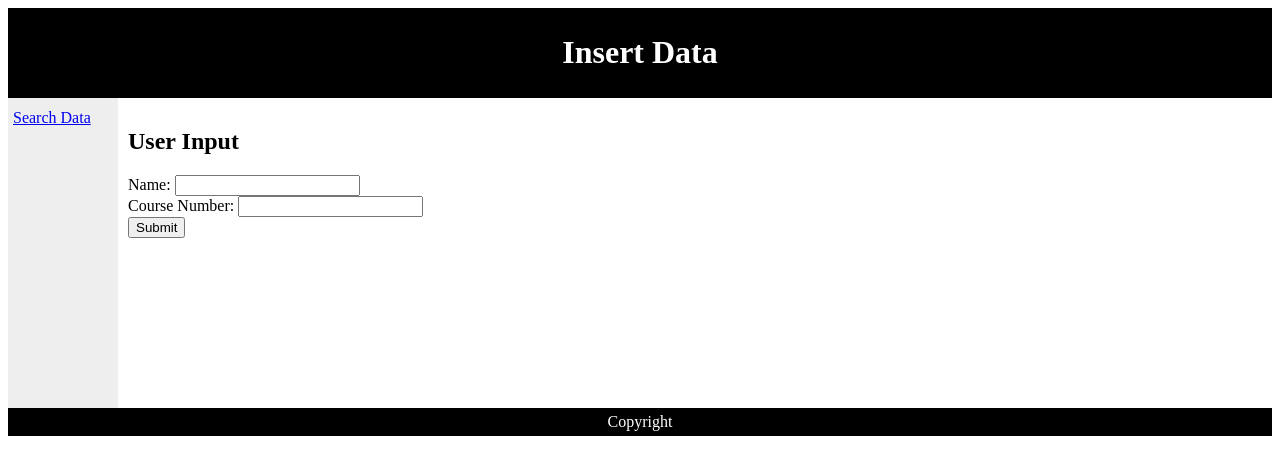
Repository: bpinkelman/Tech-Exercise
Page: planner-pinkelman/WebContent/AssignmentInsert.html
An editor plug-in stored every save of this project. The page is shown before and after the next save, followed by the edit.
The browser window is 1280 px wide. The pictures show the whole page.

Above is the page before, as saved 2020-02-27 23:02:41.

After the next save:
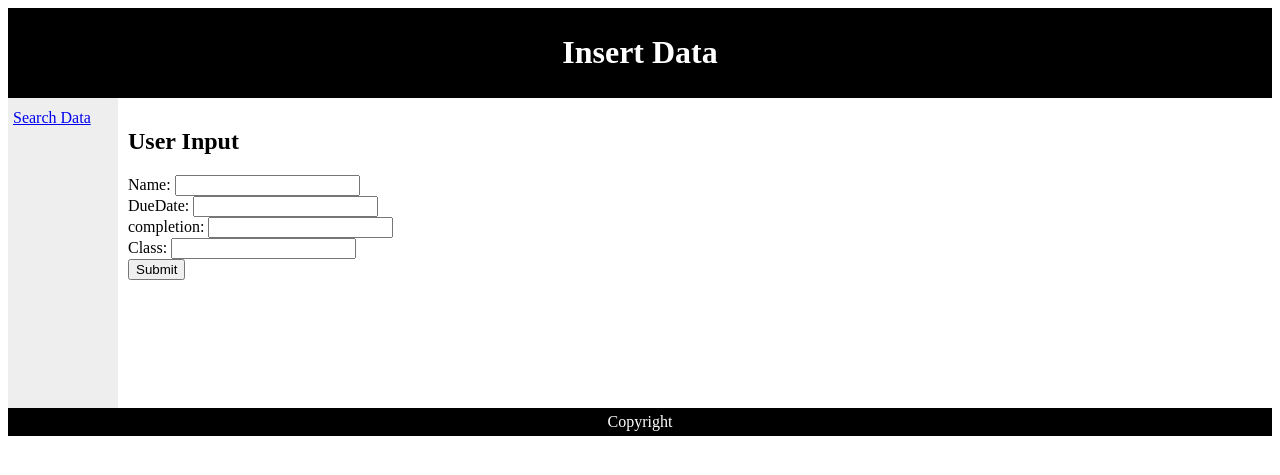
Saved 43 s later.
--- a/planner-pinkelman/WebContent/AssignmentInsert.html
+++ b/planner-pinkelman/WebContent/AssignmentInsert.html
@@ -42,10 +42,12 @@ footer {
 <section>
 	<h1>User Input</h1>
 
-	<form action="SimpleFormInsert" method="POST">
+	<form action="AssignmentInsert" method="POST">
 
 		Name: <input type="text" name="Name"> <br />
-		Course Number: <input type="text" name="CourseNumber"> <br />
+		DueDate: <input type="text" name="DueDate"> <br />
+		completion: <input type="text" name="completion"> <br />
+		Class: <input type="text" name="Class"> <br />
 
 
 		<input type="submit" value="Submit" />
